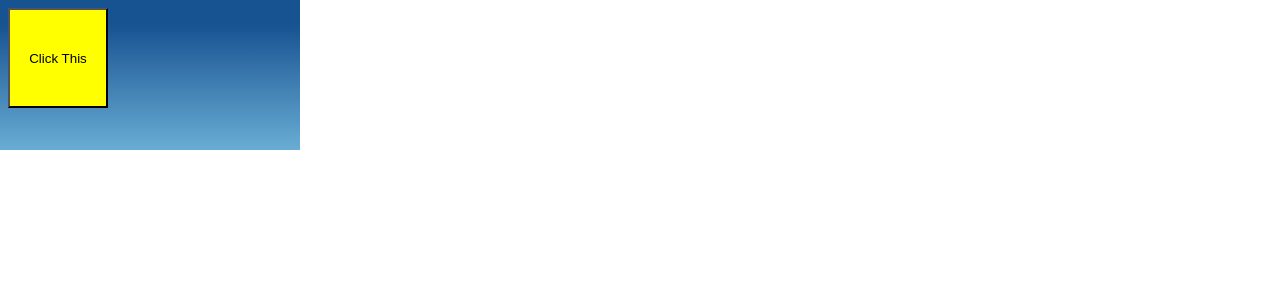
Repository: dinhhaidh/l-r-i2
Page: index.html
The author's editor kept a copy of each file at every save. The page is drawn from the files as they stood at one save, then again after the next save.
The browser window is 1280 px wide. The pictures show the whole page.

Above is the page before, as saved 2024-01-10 22:20:14.

### index.html
<!DOCTYPE html>
<html lang="en">
<head>
    <meta charset="UTF-8">
    <meta name="viewport" content="width=device-width, initial-scale=1.0">
    <title>Document</title>
</head>
<style>
    HTML CSS JSResult Skip Results Iframe
EDIT ON
body{margin:0;height:100%;}
canvas{
    position:absolute;top:0;left:0;
    z-index:100;
    background-image: linear-gradient(bottom, rgb(105,173,212) 0%, rgb(23,82,145) 84%);
    background-image: -o-linear-gradient(bottom, rgb(105,173,212) 0%, rgb(23,82,145) 84%);
    background-image: -moz-linear-gradient(bottom, rgb(105,173,212) 0%, rgb(23,82,145) 84%);
    background-image: -webkit-linear-gradient(bottom, rgb(105,173,212) 0%, rgb(23,82,145) 84%);
    background-image: -ms-linear-gradient(bottom, rgb(105,173,212) 0%, rgb(23,82,145) 84%);

    background-image: -webkit-gradient(
        linear,
        left bottom,
        left top,
        color-stop(0, rgb(105,173,212)),
        color-stop(0.84, rgb(23,82,145))
    );
}
</style>
<body>
    <button style="width: 100px; height: 100px; background: yellow; z-index: 1000; position: absolute;">Click This</button>
<canvas id="canvas"></canvas>
</body>
</html>

After the next save:
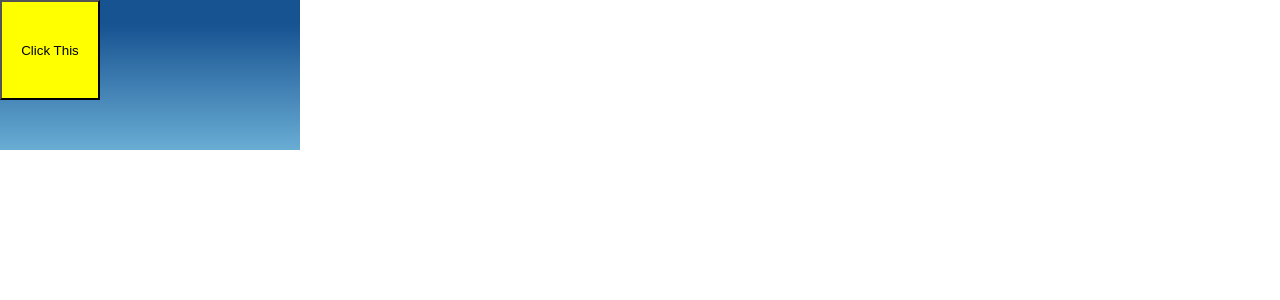
Saved 11 s later.
--- a/index.html
+++ b/index.html
@@ -6,8 +6,8 @@
     <title>Document</title>
 </head>
 <style>
-    HTML CSS JSResult Skip Results Iframe
-EDIT ON
+    /* HTML CSS JSResult Skip Results Iframe
+EDIT ON */
 body{margin:0;height:100%;}
 canvas{
     position:absolute;top:0;left:0;
